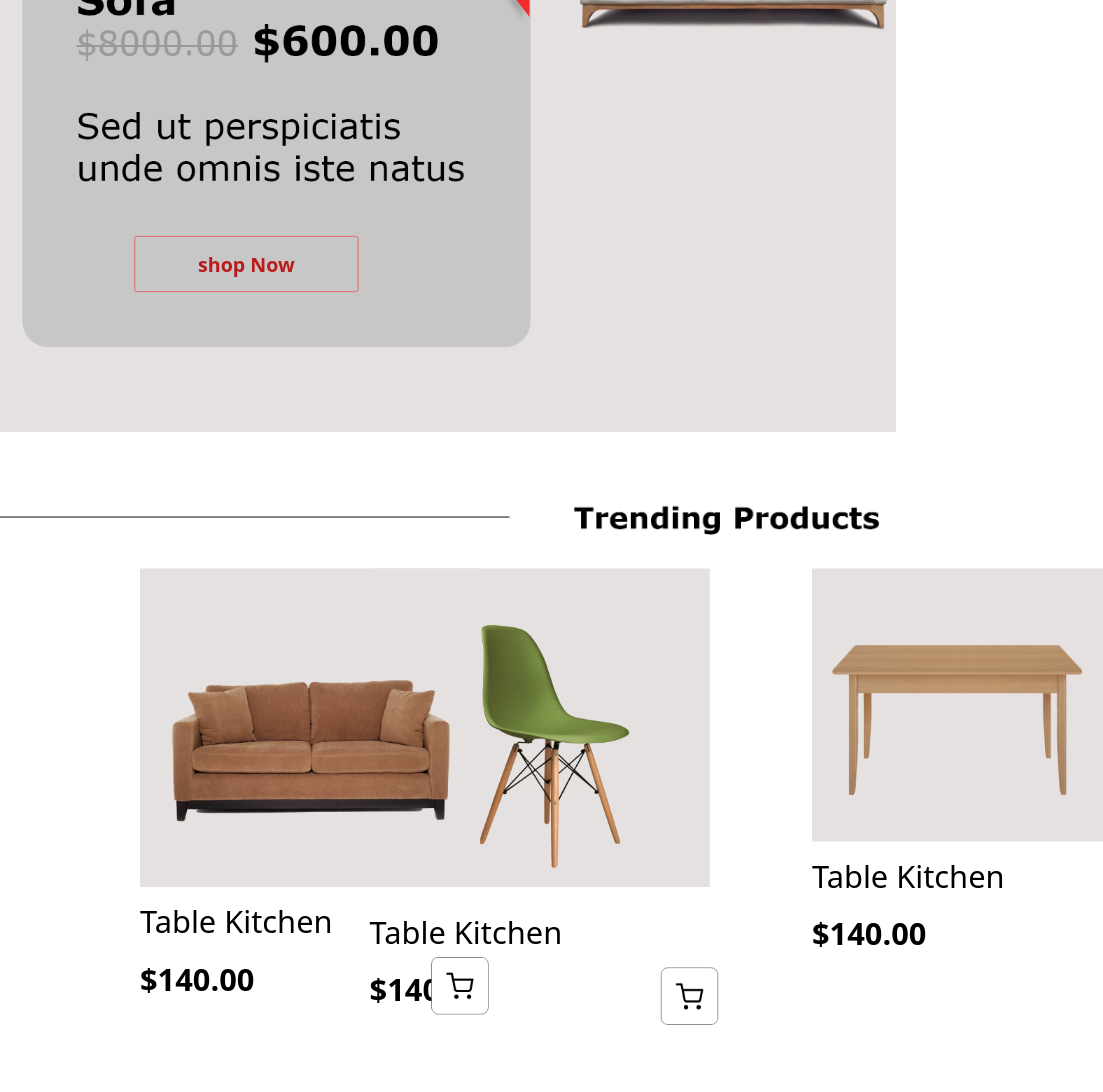
Repository: MEROO1010/creative_home
Page: /
The author's editor kept a copy of each file at every save. The page is drawn from the files as they stood at one save, then again after the next save.
The browser window is 1280 px wide. The page is 1576 px wide, so the pictures cover 1576 px, including what lies to the right of the window. The pictures show the part of the page from y = 2213 to 3773 px (the page is 3773 px tall), at 70% of full size.
The project was rebuilt for these pictures with package versions that can differ from the ones it lists, and the page was loaded fresh each time. The framework's server and built-in components were replaced by stand-ins that run in the browser. Also part of the build but not shown: next.config.js.

Above is the page before, as saved 2022-12-14 09:56:52.

### pages/_app.tsx
import '../styles/globals.css'
import type { AppProps } from 'next/app'

export default function App({ Component, pageProps }: AppProps) {
  return <Component {...pageProps} />


}

### pages/index.tsx
import styles from '../styles/Home.module.css'
import Firstsection from '../components/Firstsection'
import Chair_Sofa from '../components/Chair_Sofa'
import SpecialOffer from '../components/SpecialOffer'
import TrendingProducts from '../components/TrendingProducts'



export default function Home() {
  return (
    <div className='overflow-y-auto'>

    <div>
      <Firstsection/>

      <Chair_Sofa/>

      <SpecialOffer/>
      <TrendingProducts/>





    </div>



    </div>

  )
}

### styles/globals.css
@tailwind base;
@tailwind components;
@tailwind utilities;

@font-face {
    font-family: "verdana";
    src: url('../assets/fonts/verdana.ttf');
    font-weight: normal;
    font-style: normal;
  }

  @font-face {
    font-family: "schuyler";
    src: url('../assets/fonts/Schuyler.ttf');
    font-weight: normal;
    font-style: normal;
  }

### components/Firstsection.tsx
import React from 'react'
import Image from 'next/image'
import first_img from '../assets/images/first_img.png'


const firstsection = () => {
  return (
    <div>
      <Image src={first_img} alt={''}/>
    </div>
  )
}

export default firstsection

### components/Chair_Sofa.tsx
import React from 'react'
import Image from 'next/image'

import Title1 from '../assets/images/title1.png'
import righBtn from '../assets/images/btn-r.png'
import leftBtn from '../assets/images/btn-l.png'




const Chair_Sofa = () => {
  return (
    <div className='my-10  pb-32  static '>
     <div className='my-20 py-4'>
     <Image src={Title1} alt={''}/>
     </div>

     <div className=" absolute   	 right-10	     ">
      <Image src={righBtn} alt={''}/>
      <div className="absolute bottom-60   left-40 mx-10 my-28 bg-transparent hover:bg-gray-500 text-white  text-[32px] font-semibold hover:text-white py-2 px-4 border border-white hover:border-transparent rounded w-394 h-82   "><button>View All Products</button></div>
     </div>

     <div className=" absolute left-10  ">
      <Image src={leftBtn} alt={''}/>
      <div className="absolute bottom-60   left-20 mx-16 my-28 bg-transparent hover:bg-gray-500 text-white  text-[32px] font-semibold hover:text-white py-2 px-4 border border-white hover:border-transparent rounded w-394 h-82   "><button>View All Products</button></div>
     </div>

      <div>

      </div>

   </div>
  )
}

export default Chair_Sofa

### components/SpecialOffer.tsx
import React from 'react'
import Image from 'next/image'
import specialOffer from '../assets/images/specialOffer.png'
import sofa2 from '../assets/images/sofa2.png'
import image2 from '../assets/images/img2.png'




const SpecialOffer = () => {
  return (
    <div className='bottom-100'>
      <div className="relative bg-[#E6E1E1]  py-10    my-80  top-80    ">
        <div className=' py-4 my-4 top-20'>
          <Image src={specialOffer} alt=''/>

         </div>

         <div className='  absolute	left-80 ml-80 mt-20 pl-44  '>
          <Image src={sofa2} alt=''/>

         </div>

         <div className='static mt-40 pl-8	'>
          <Image src={image2} alt=''/>
          <button className=' relative bg-transparent hover:bg-red-500 text-[28px] text-red-700 font-semibold hover:text-white py-4 px-8 border border-red-500 hover:border-transparent rounded mx-40 my-50 bottom-40 w-80 h-20'>shop Now</button>
         </div>
    </div>
    </div>
  )
}

export default SpecialOffer

### components/TrendingProducts.tsx
import React from 'react'
import Image from 'next/image'
import Trending_Products from '../assets/images/trending-products.png'
import Shopping from  '../assets/images/shopping-btn.png'
import Tablekitchen from '../assets/images/Table_Kitchen.png'
import chair1 from '../assets/images/Chair No-arms.png'
import brownSofa from '../assets/images/Brown_Chouch.png'



const TrendingProducts = () => {
  return (
    <div>
     <div className='pt-24'>
        <Image src={Trending_Products} alt=''/>
     </div>

     <div >
      {/*table kitchen */}
     <div className=' absolute ml-80 mt-12 pl-80  left-80'>
       <div className='ml-36 pl-14'>
       <Image src={Tablekitchen} alt=''/>
       <h1 className='text-[44px]  mt-4  font-verdana'>Table Kitchen</h1>
       <h1 className='text-[44px]  mt-4  font-verdana font-bold'>$140.00</h1>
       <button className=' relative ml-80 my-4  pl-24 bottom-20 '><Image src={Shopping} alt=''/> </button>
       </div>
     </div>
       {/*chair noe arms */}
     <div className=' absolute ml-10 mt-12 pl-10  left-20'>
       <div className='ml-80 pl-12'>
       <Image src={chair1} alt=''/>
       <h1 className='text-[44px]  mt-4  font-verdana'>Table Kitchen</h1>
       <h1 className='text-[44px]  mt-4  font-verdana font-bold'>$140.00</h1>
       <button className=' relative ml-80 my-4  pl-24 bottom-20 '><Image src={Shopping} alt=''/> </button>
       </div>
     </div>

      {/*brown chouch */}
      <div className='absolute ml-10 mt-12 pl-10  left-20'>
       <div className='ml-10   '>
       <Image src={brownSofa} alt=''/>
       <h1 className='text-[44px]  mt-4  font-verdana'>Table Kitchen</h1>
       <h1 className='text-[44px]  mt-4  font-verdana font-bold'>$140.00</h1>
       <button className=' relative ml-80 my-4  pl-24 bottom-20 '><Image src={Shopping} alt=''/> </button>
       </div>
     </div>


     </div>
    </div>
  )
}

export default TrendingProducts

### tailwind.config.js
/** @type {import('tailwindcss').Config} */
module.exports = {
  content: [
    "./pages/**/*.{js,ts,jsx,tsx}",
    "./components/**/*.{js,ts,jsx,tsx}",
  ],
  theme: {

    extend: {
      fontFamily:{
        "verdana":['../assets/fonts/verdana.ttf'],
        "schuyler":['../assets/fonts/Schuyler.ttf']
      }
    },
  },
  plugins: [],
}

After the next save:
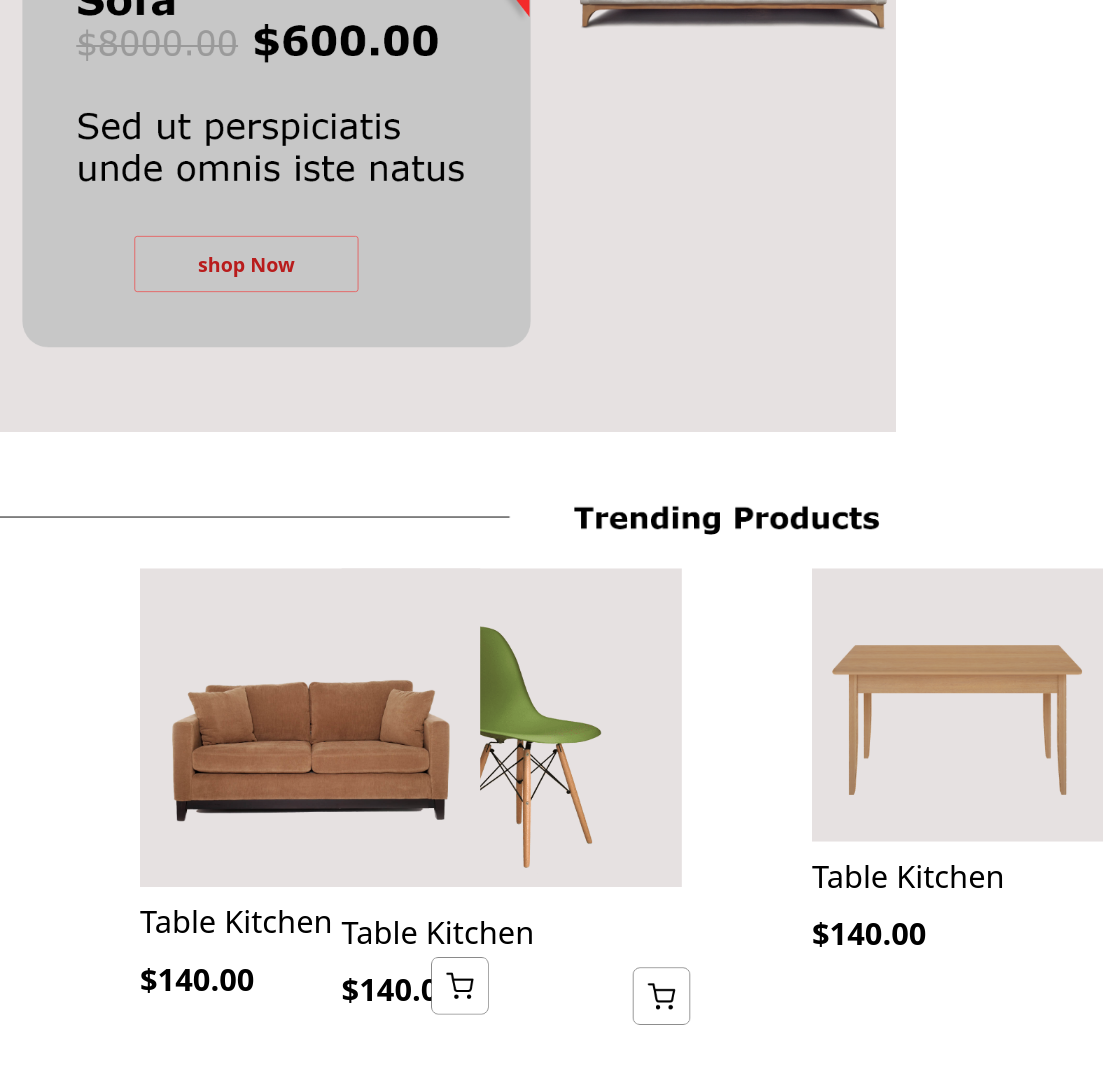
Saved 4 s later.
--- a/components/TrendingProducts.tsx
+++ b/components/TrendingProducts.tsx
@@ -27,7 +27,7 @@ const TrendingProducts = () => {
      </div>
        {/*chair noe arms */}
      <div className=' absolute ml-10 mt-12 pl-10  left-20'>
-       <div className='ml-80 pl-12'>
+       <div className='ml-80 pl-2'>
        <Image src={chair1} alt=''/>
        <h1 className='text-[44px]  mt-4  font-verdana'>Table Kitchen</h1>
        <h1 className='text-[44px]  mt-4  font-verdana font-bold'>$140.00</h1>
